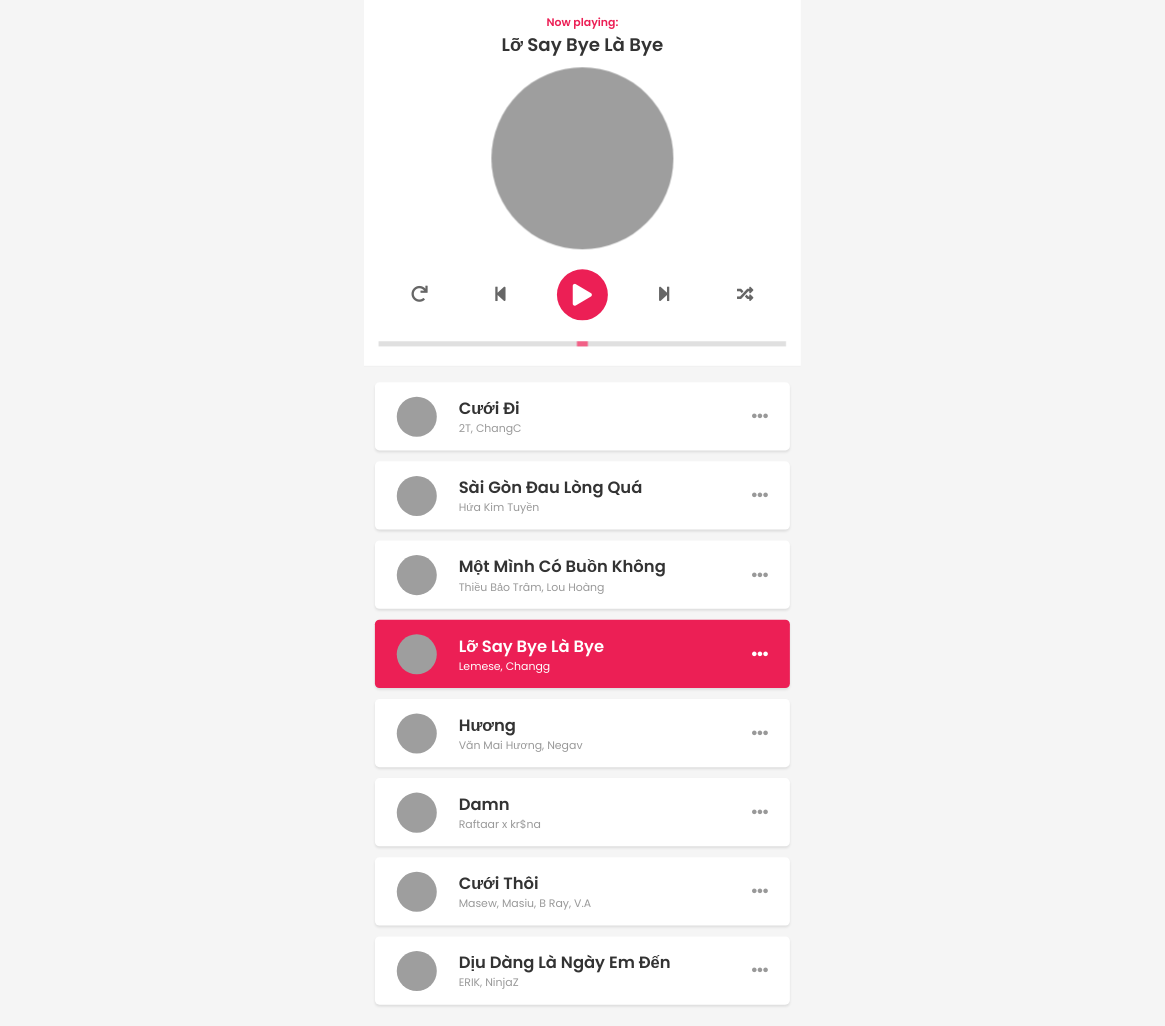
Repository: esplen74/Music
Page: music.html
The author's editor kept a copy of each file at every save. The page is drawn from the files as they stood at one save, then again after the next save.
The browser window is 1280 px wide. The pictures show the whole page, at 91% of full size.
Pictures or frames that could not be fetched are drawn as grey boxes.

Above is the page before, as saved 2021-11-02 15:20:32.

After the next save:
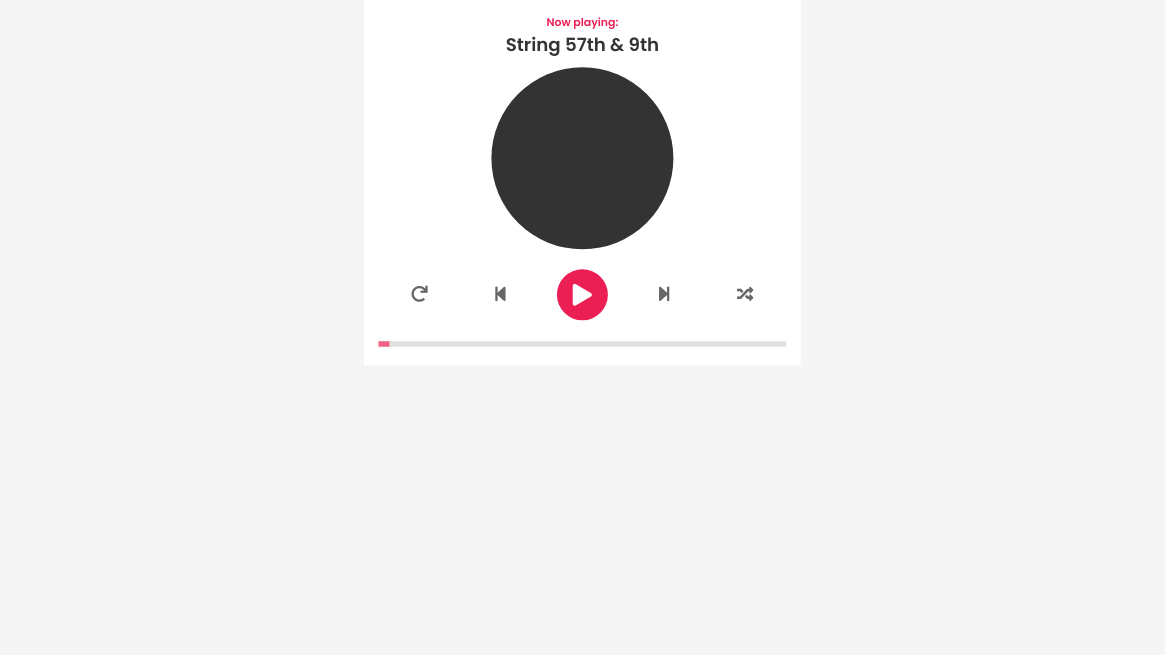
Console error: SyntaxError: Unexpected token '('
Saved 12 s later.
--- a/music.js
+++ b/music.js
@@ -223,7 +223,7 @@
 
     // xử lý khi bấm vào song
       if(songNode) {
-        console.log(songNode.getAttribute("data-song"));
+        _this.(songNode.getAttribute("data-song"));
       }
 
       // xử lý khi bấm vào option

After the 3 saves that followed:
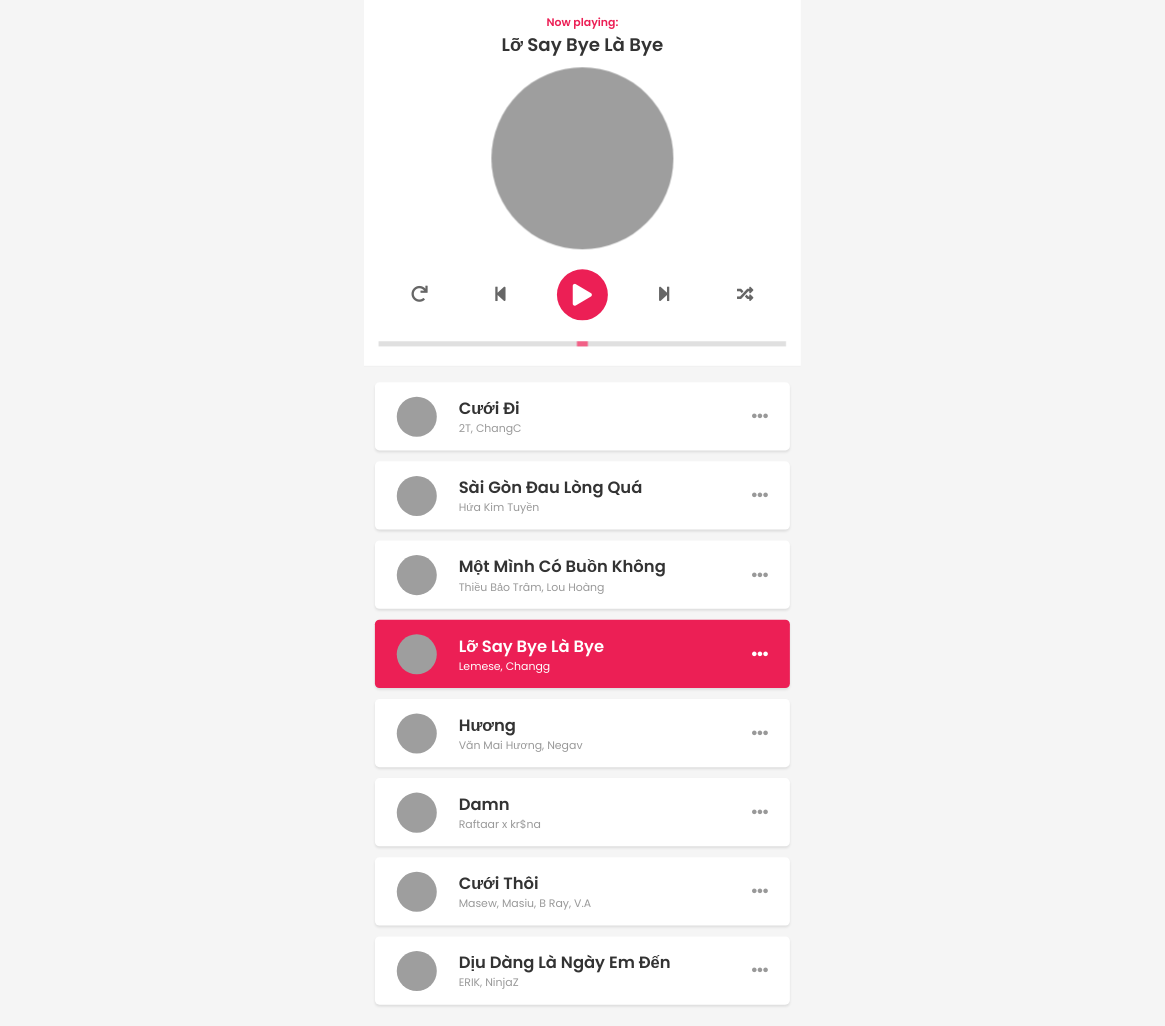
The error is gone.
The 3 saves are shown as one change because they came seconds apart.
The last was saved 10 s later.
--- a/music.js
+++ b/music.js
@@ -223,7 +223,7 @@
 
     // xử lý khi bấm vào song
       if(songNode) {
-        _this.(songNode.getAttribute("data-song"));
+        _this.in(songNode.getAttribute("data-song"));
       }
 
       // xử lý khi bấm vào option
